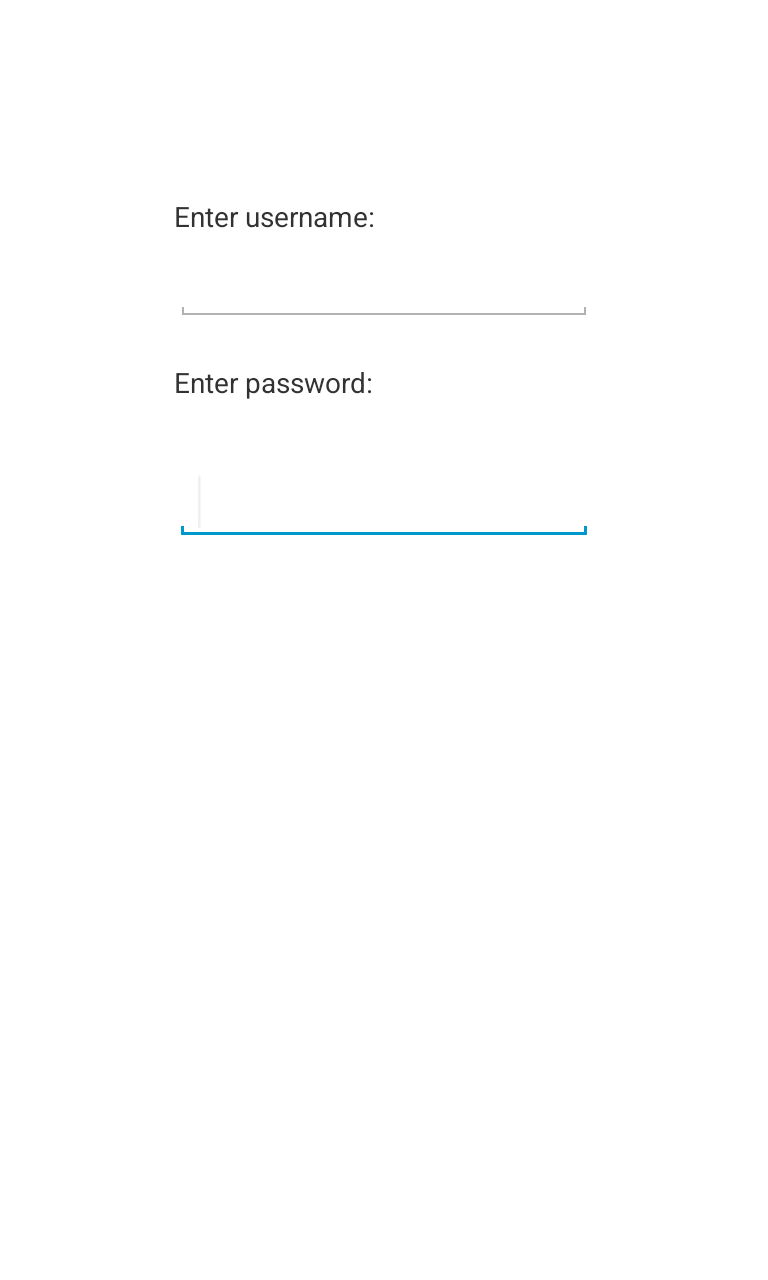
Repository: Codlex/JSMS
Layout: AndroidClient/res/layout/activity_main.xml
An editor plug-in stored every save of this project. The layout is shown before and after the next save, followed by the edit.
It is drawn on a 768 x 1280 px phone screen (xhdpi) without system bars, with theme AppTheme; the app's code is not run.

Above is the layout before, as saved 2013-01-04 14:32:32.

After the next save:
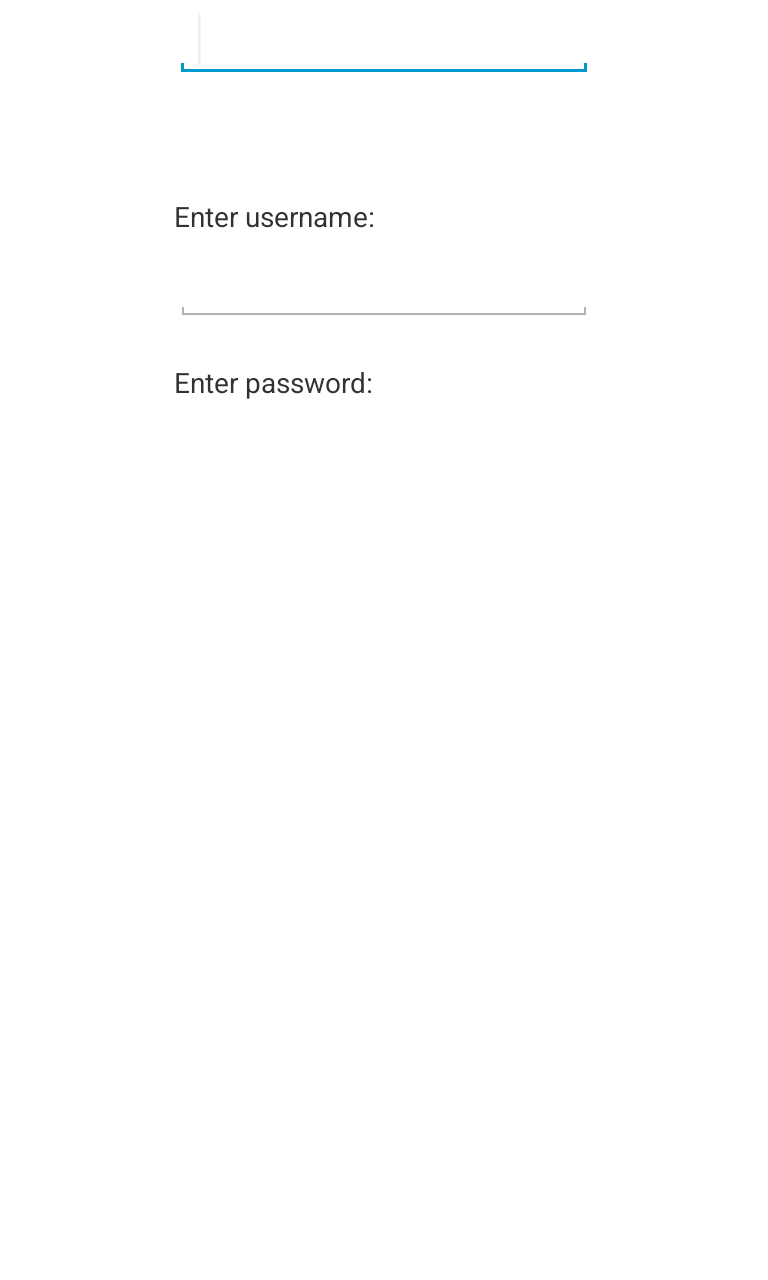
Saved 2 min 10 s later.
--- a/AndroidClient/res/layout/activity_main.xml
+++ b/AndroidClient/res/layout/activity_main.xml
@@ -40,8 +40,8 @@
         android:layout_width="wrap_content"
         android:layout_height="wrap_content"
         android:layout_alignLeft="@+id/text2"
-        android:layout_below="@+id/text2"
-        android:layout_marginTop="31dp"
+        android:layout_centerVertical="true"
+        android:layout_alignParentTop="true"
         android:ems="10"
         android:inputType="textPassword" >
 
